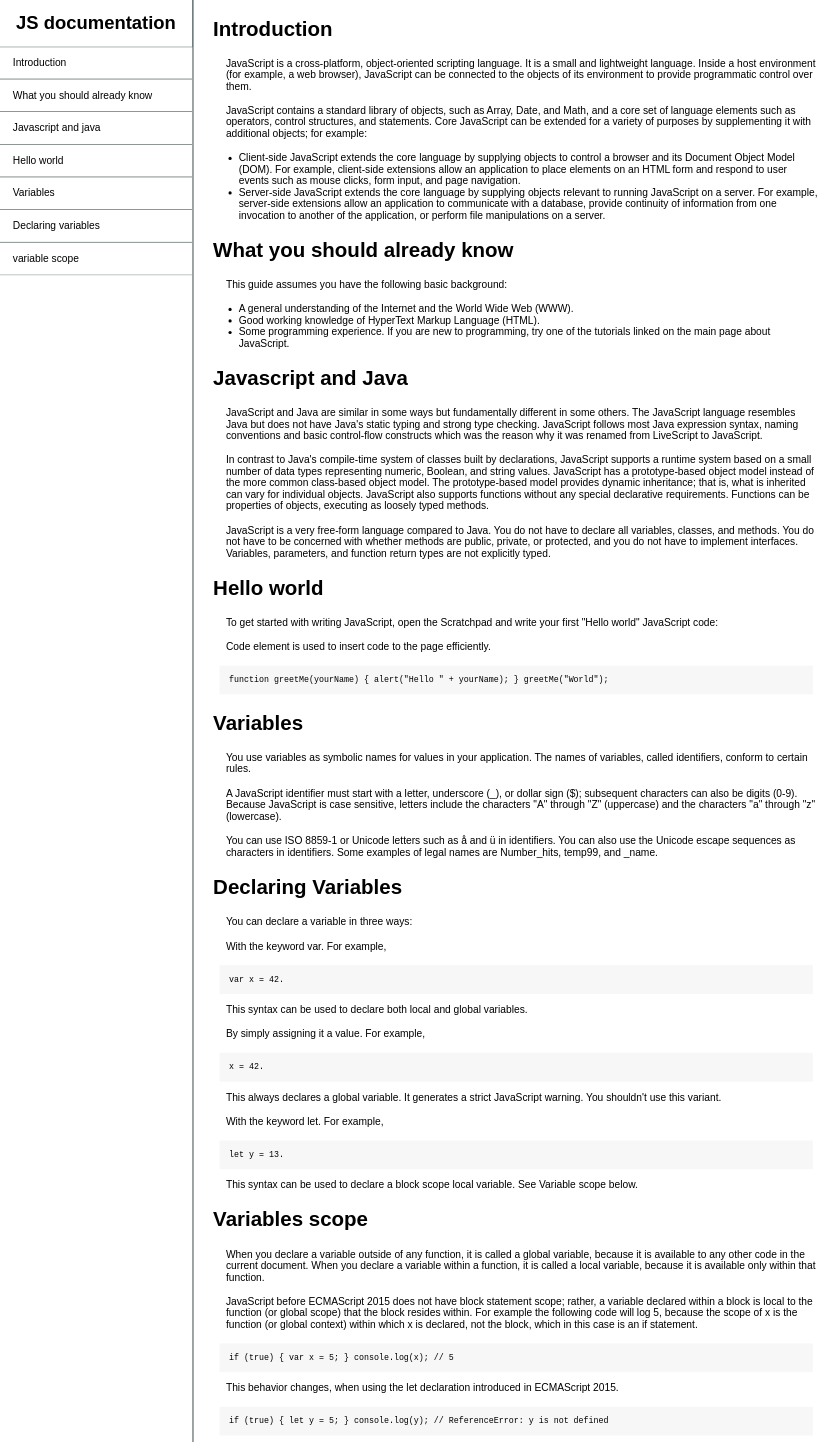
Repository: Pafestivo/Technical-documentation
Page: index.html
An editor plug-in stored every save of this project. The page is shown before and after the next save, followed by the edit.
The browser window is 1280 px wide. The pictures show the whole page, at 64% of full size.

Above is the page before, as saved 2022-09-07 14:25:10.

After the next save:
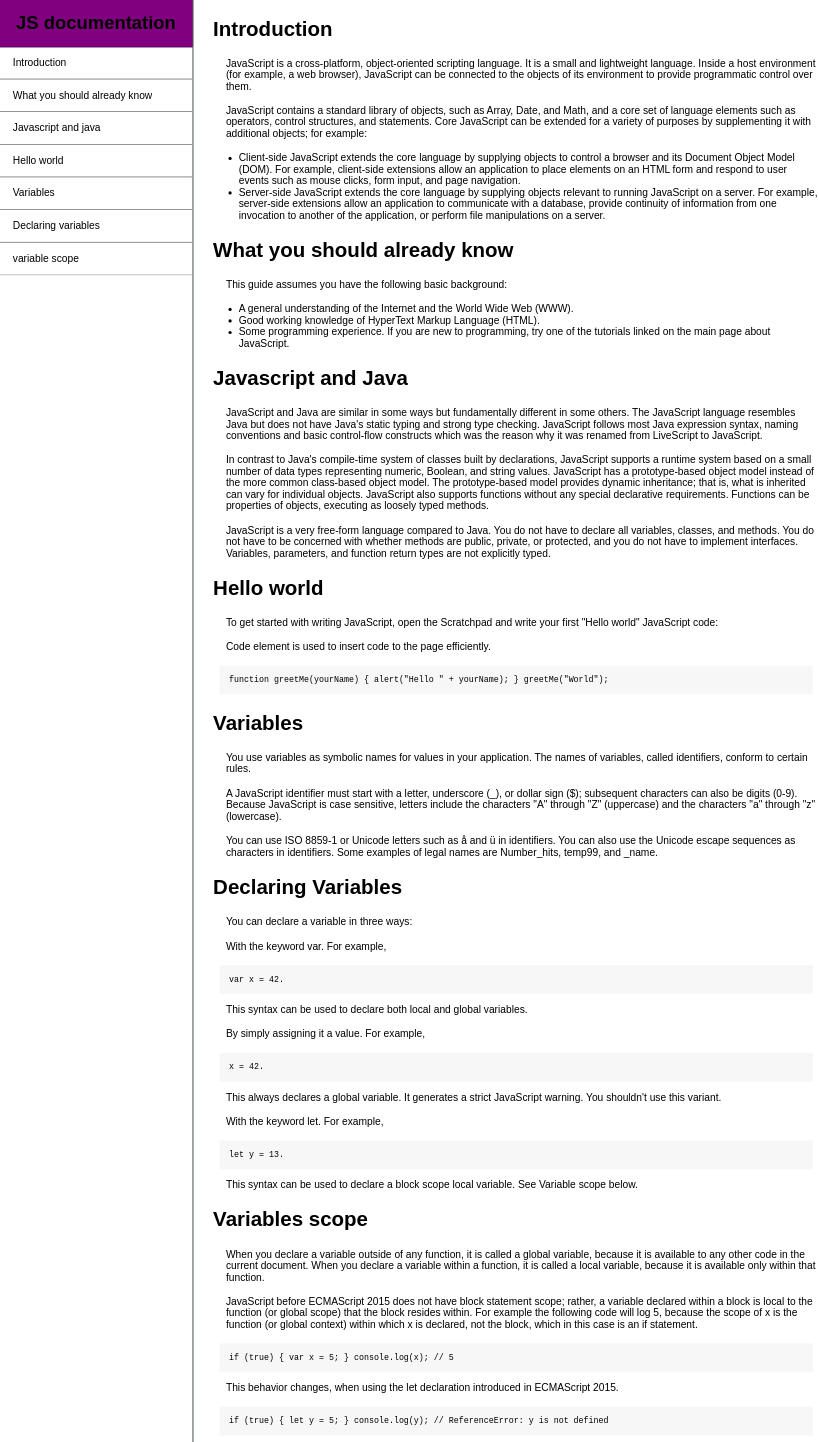
Saved 10 s later.
--- a/styles.css
+++ b/styles.css
@@ -25,6 +25,7 @@
 #navbar header h1{
   margin-top: 0;
   margin-bottom: 0;
+  background-color:purple;
   padding: 20px;
   font-size: 1.8rem;
   border: 1px solid rgba(0, 22, 22, 0.4);

After the save that followed:
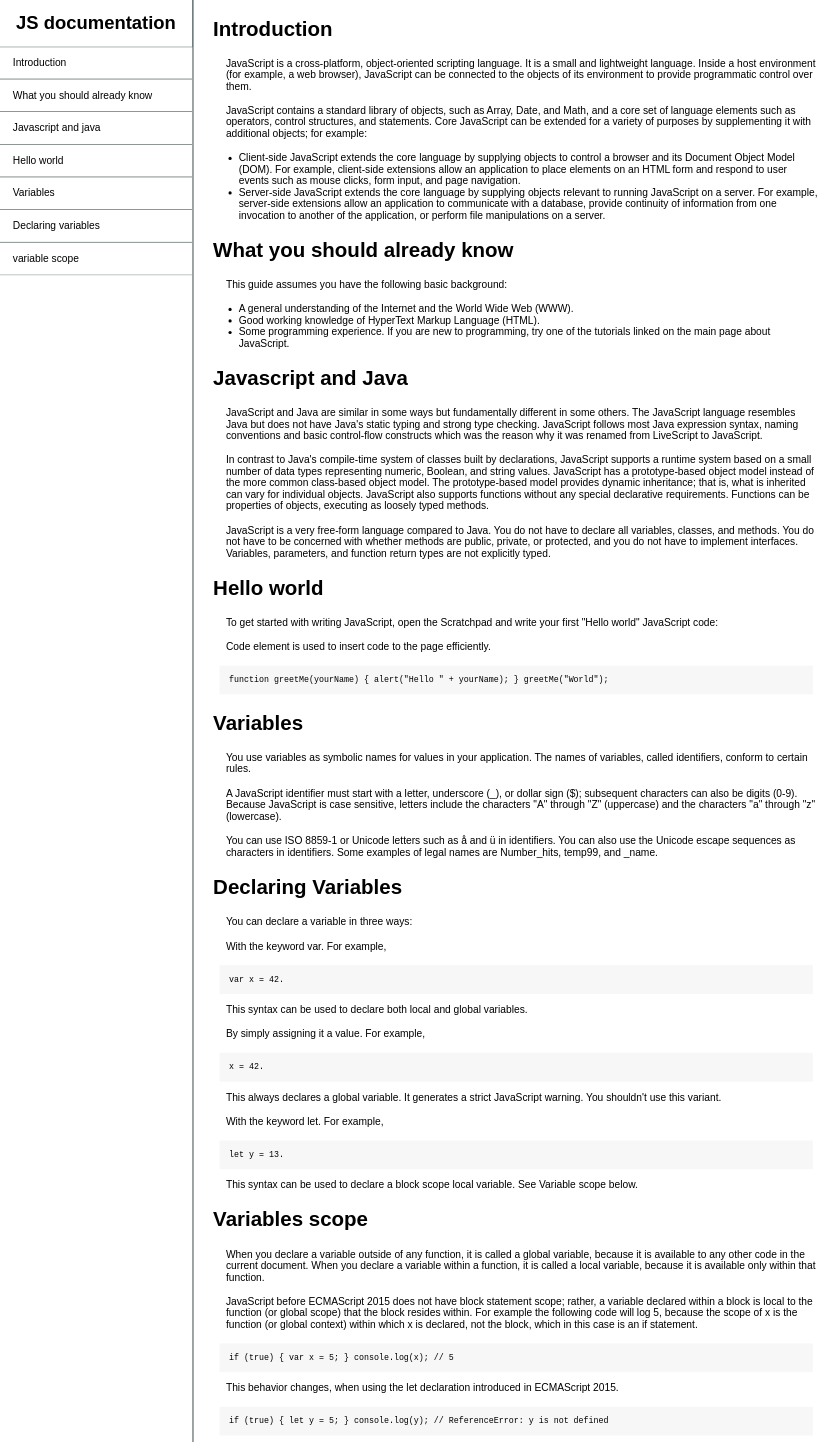
Saved 4 s later.
--- a/styles.css
+++ b/styles.css
@@ -25,7 +25,6 @@
 #navbar header h1{
   margin-top: 0;
   margin-bottom: 0;
-  background-color:purple;
   padding: 20px;
   font-size: 1.8rem;
   border: 1px solid rgba(0, 22, 22, 0.4);
